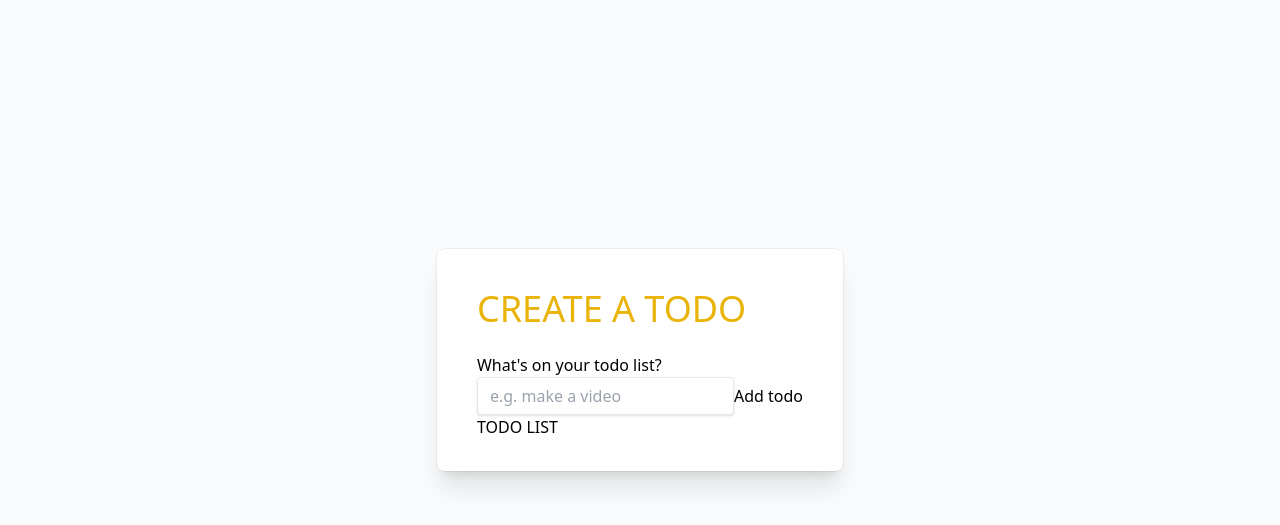
Repository: Kajo-lab/vue-todo
Page: /
An editor plug-in stored every save of this project. The page is shown before and after the next save, followed by the edit.
The browser window is 1280 px wide. The pictures show the whole page.
The project was rebuilt for these pictures with package versions that can differ from the ones it lists, and the page was loaded fresh each time. Also part of the build but not shown: vite.config.js, webpack.config.js.

Above is the page before, as saved 2022-07-07 16:36:00.

After the next save:
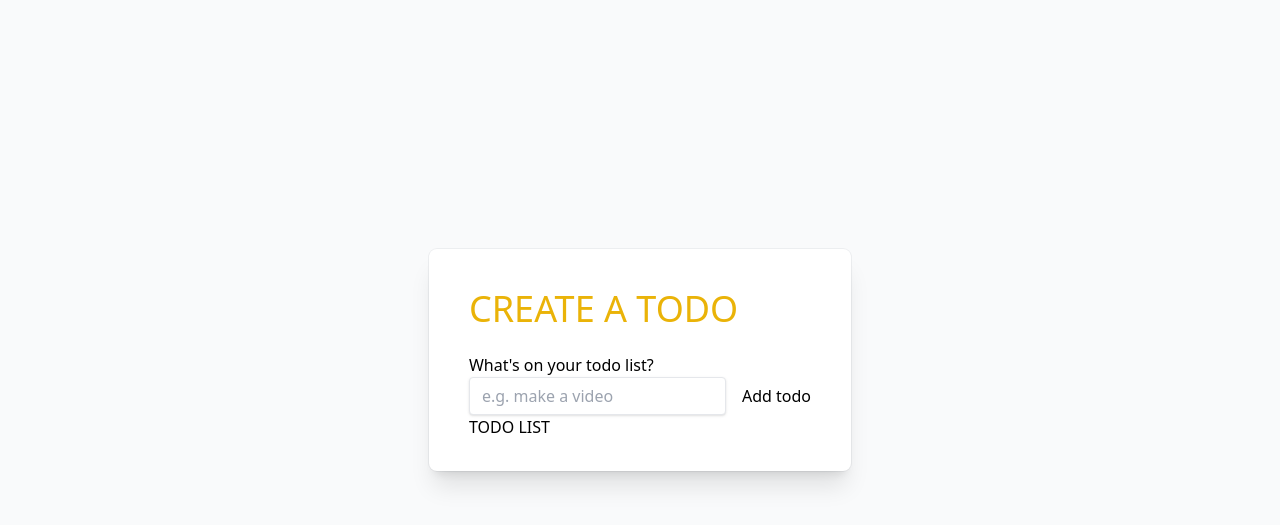
Saved 23 s later.
--- a/src/App.vue
+++ b/src/App.vue
@@ -49,8 +49,8 @@ onMounted(() => {
 	<div class="relative bg-white px-6 pt-10 pb-8 shadow-xl ring-1 ring-gray-900/5 sm:mx-auto sm:max-w-lg sm:rounded-lg sm:px-10">
 		<section class="create-todo">
 		<h1 class="text-4xl text-yellow-500 mb-6">CREATE A TODO</h1>
-					<h4>What's on your todo list?</h4>
-				<form id="new-todo-form" class="flex" @submit.prevent="addTodo">
+				<h4>What's on your todo list?</h4>
+				<form id="new-todo-form" class="flex gap-4" @submit.prevent="addTodo">
 					<input
 						class="shadow appearance-none border rounded w-full py-2 px-3 text-gray-700 leading-tight focus:outline-none focus:shadow-outline"
 						type="text"
